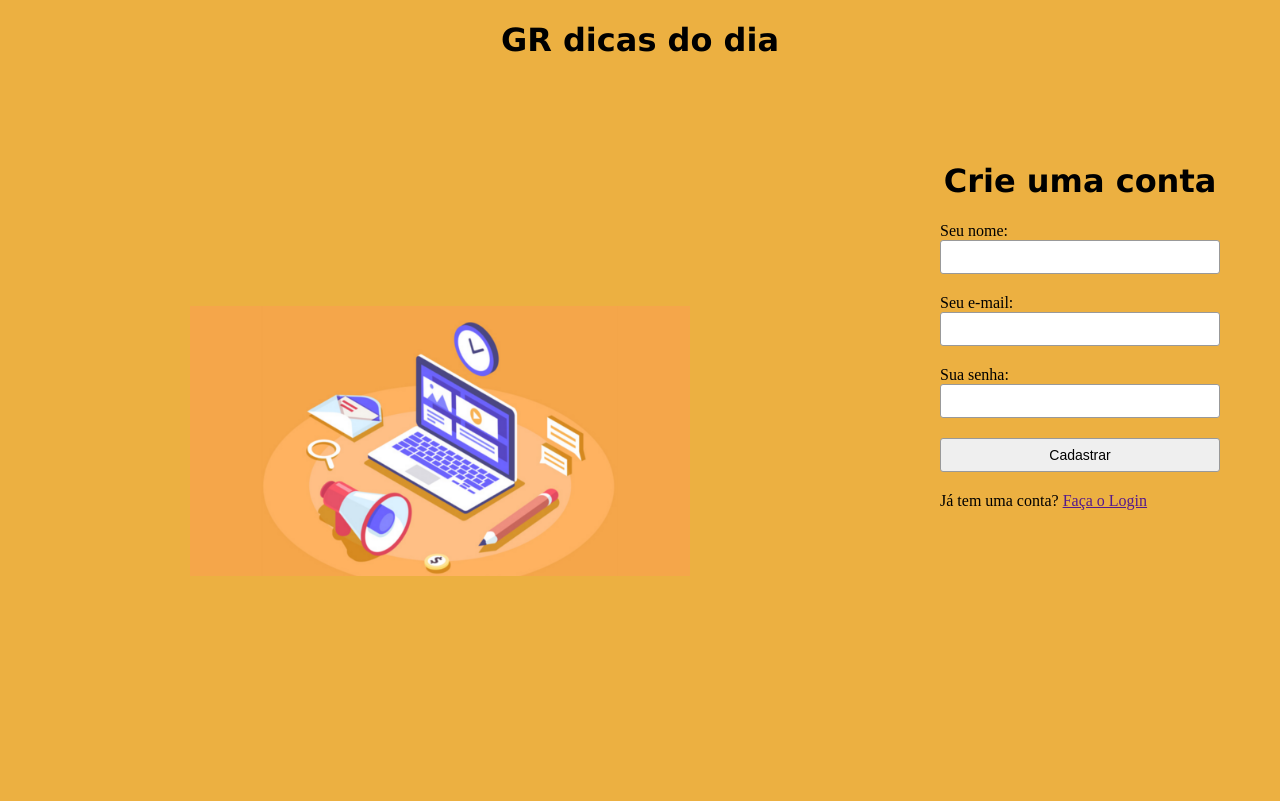
Repository: rafavirginio/tela-de-login
Page: index.html
These files come from the project's save history. The page is drawn as it stood at one moment and after the next save; the edit follows.
The browser window is 1280 px wide. The pictures show the whole page.

Above is the page before, as saved 2020-09-15 18:17:10.

After the next save:
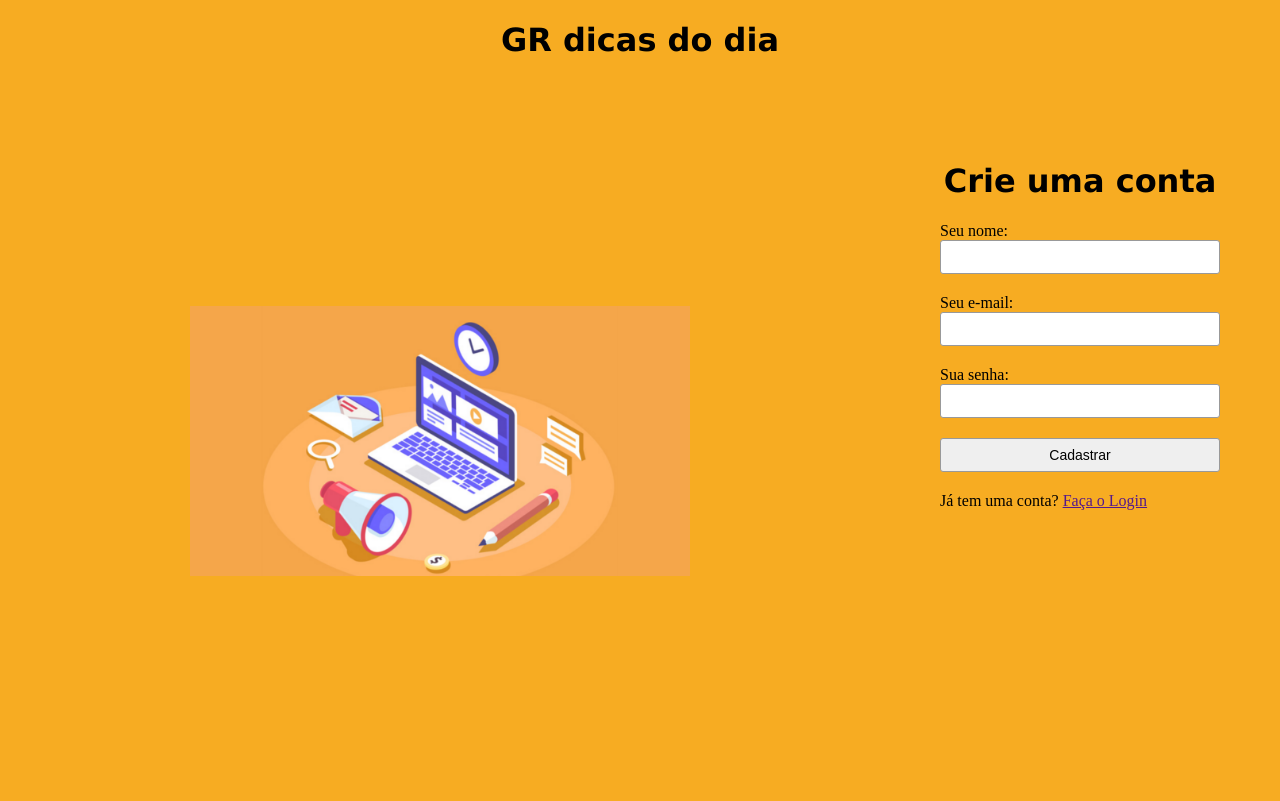
Saved 2 min 17 s later.
--- a/style.css
+++ b/style.css
@@ -9,7 +9,7 @@
 }
 
 body {
-    background-color: rgb(236, 176, 65);
+    background-color: rgb(247, 172, 34);
     margin: 0;
     /* flex-wrap: wrap; */
 }
@@ -34,7 +34,7 @@
 
 .rightside {
     width: 400px;
-    background-color: rgb(236, 176, 65);
+    background-color: rgb(247, 172, 34);
     padding: 60px;
 }
 

After the save that followed:
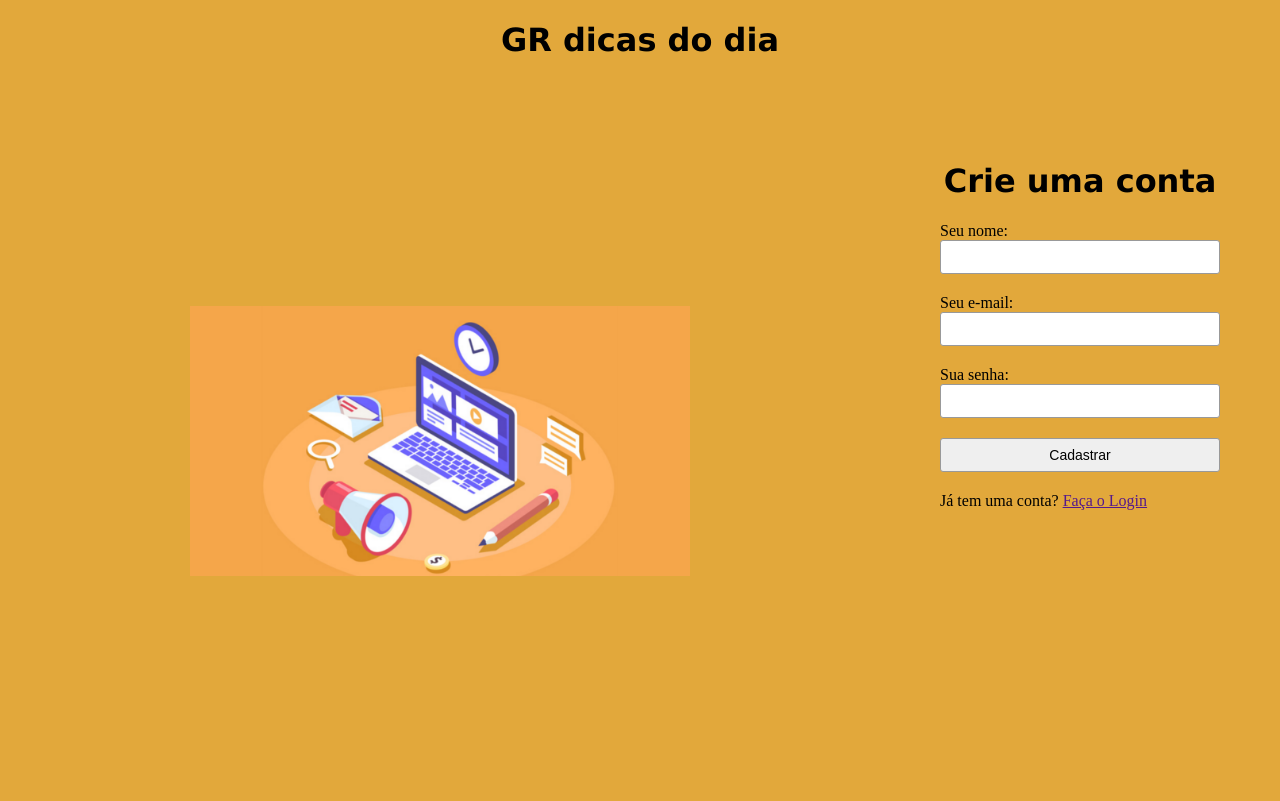
Saved 32 s later.
--- a/style.css
+++ b/style.css
@@ -9,7 +9,7 @@
 }
 
 body {
-    background-color: rgb(247, 172, 34);
+    background-color: rgb(226, 168, 59);
     margin: 0;
     /* flex-wrap: wrap; */
 }
@@ -34,7 +34,7 @@
 
 .rightside {
     width: 400px;
-    background-color: rgb(247, 172, 34);
+    background-color: rgb(226, 168, 59);
     padding: 60px;
 }
 
